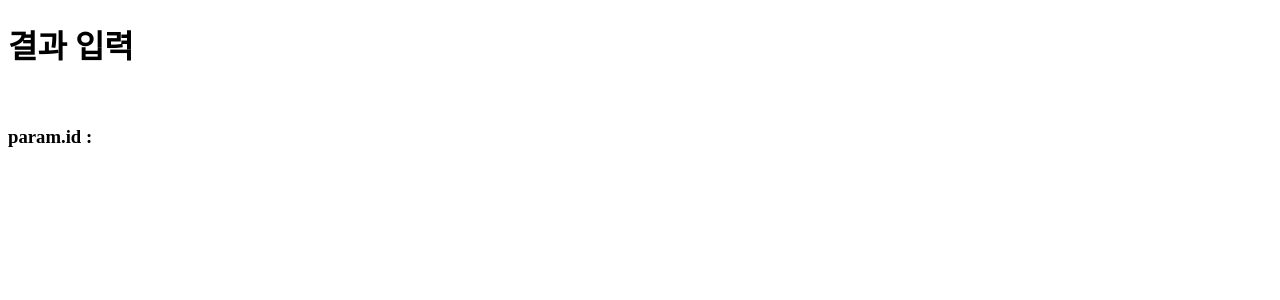
Repository: Jh1227/JSP
Page: http://localhost/12_EL/ex02_param/memberPro.jsp
The author's editor kept a copy of each file at every save. The page is drawn from the files as they stood at one save, then again after the next save.
The browser window is 1280 px wide. The pictures show the whole page.
The page is served by Tomcat 9.

Above is the page before, as saved 2023-04-10 01:06:56.

After the next save:
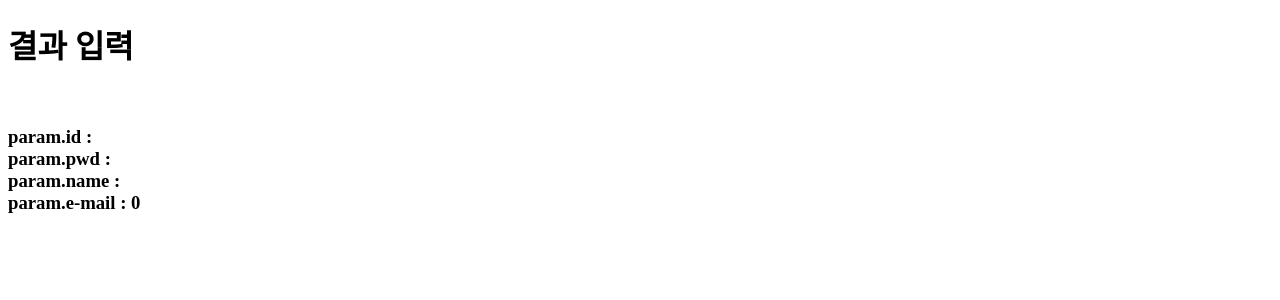
Saved 28 s later.
--- a/12_EL/src/main/webapp/ex02_param/memberPro.jsp
+++ b/12_EL/src/main/webapp/ex02_param/memberPro.jsp
@@ -14,6 +14,9 @@
 	<br>
 	<h3>
 		param.id : ${ param.id }<br>
+		param.pwd : ${ param.pwd }<br>
+		param.name : ${ param.name }<br>
+		param.e-mail : ${ param.e-mail }<br>
 	</h3>
 </body>
 </html>
